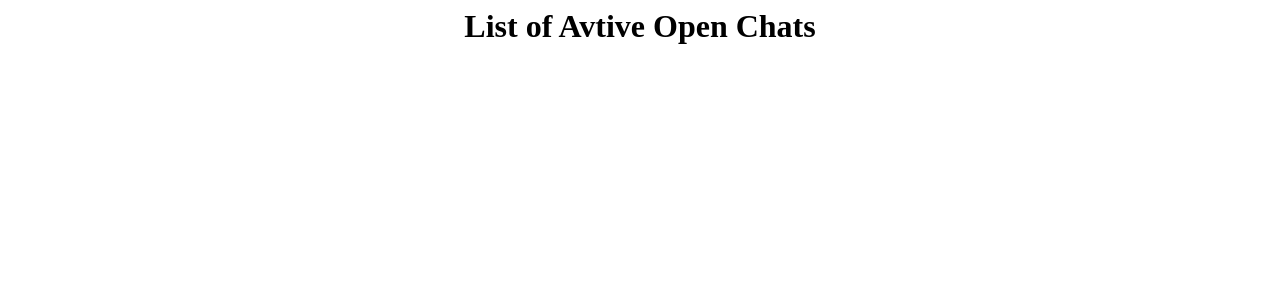
Repository: JamesArul/CLBSiteSTMT
Page: StudentsMeetFrontEnd/WebContent/Chat/ChatHome.html
These files come from the project's save history. The page is drawn as it stood at one moment and after the next save; the edit follows.
The browser window is 1280 px wide. The pictures show the whole page.

Above is the page before, as saved 2017-06-04 10:32:10.

### StudentsMeetFrontEnd/WebContent/Chat/ChatHome.html
<div ng-include="'Common/CommonHeader.html'"></div>
<div ng-controller="ChatController as ctrl">
<h1><center>List of Avtive Open Chats</center></h1>
</div>

After the next save:
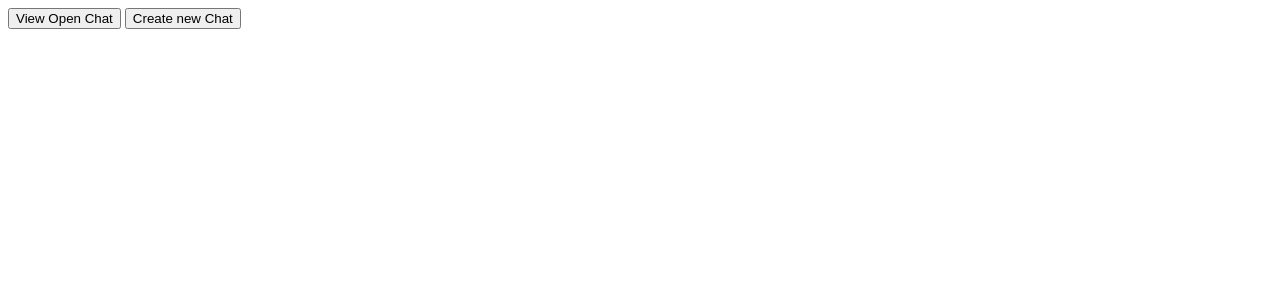
Saved 75 s later.
--- a/StudentsMeetFrontEnd/WebContent/Chat/ChatHome.html
+++ b/StudentsMeetFrontEnd/WebContent/Chat/ChatHome.html
@@ -1,4 +1,4 @@
 <div ng-include="'Common/CommonHeader.html'"></div>
 <div ng-controller="ChatController as ctrl">
-<h1><center>List of Avtive Open Chats</center></h1>
-</div>
+<button class="btn btn-success" ng-click="">View Open Chat</button>
+<button class="btn btn-success" ng-click="">Create new Chat</button>
